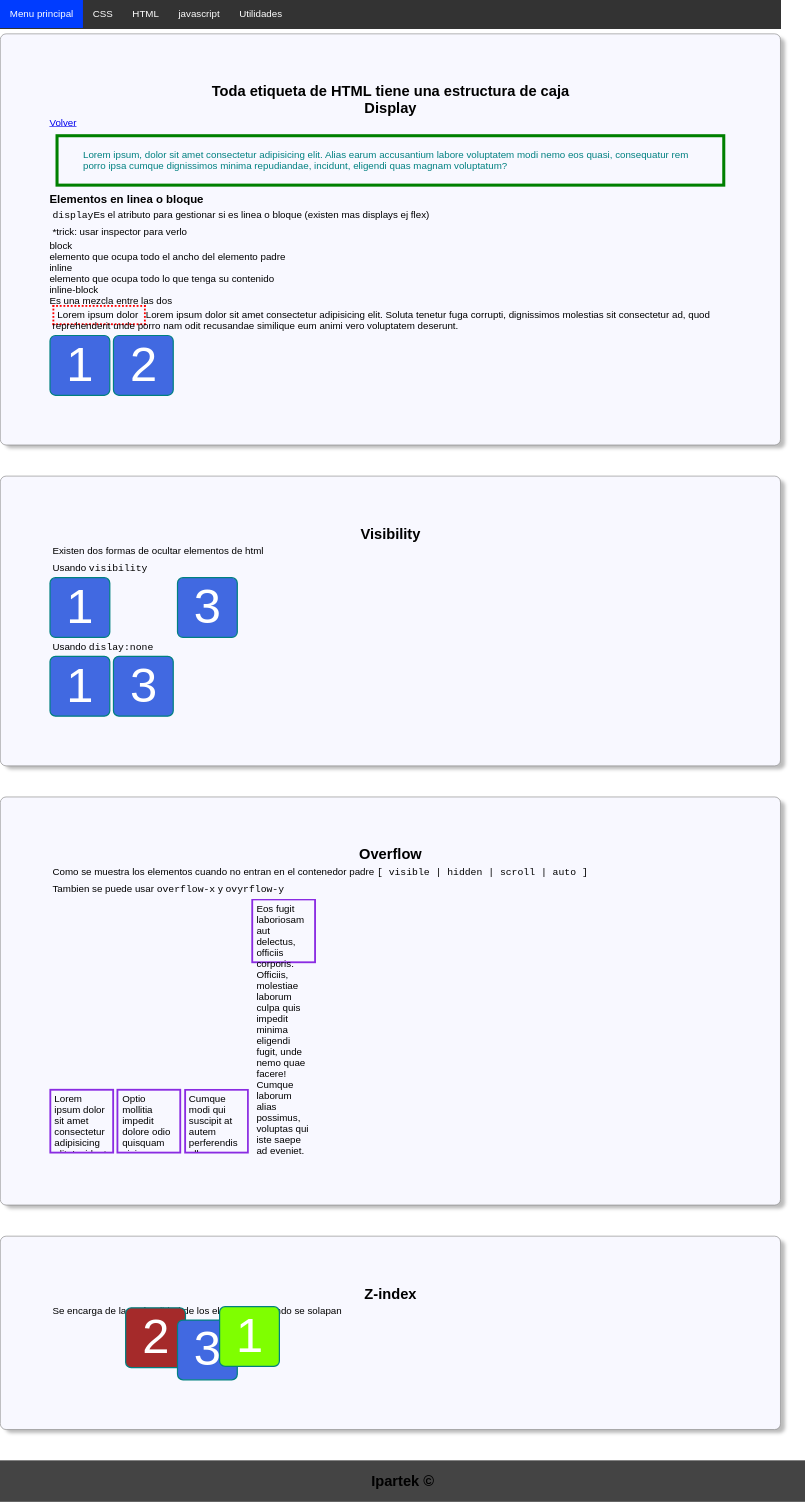
Repository: jcsanceledonio/java_2019_0396_2
Page: http://localhost/javaWebApp/ejemplos/html/box-model.jsp
An editor plug-in stored every save of this project. The page is shown before and after the next save, followed by the edit.
The browser window is 1280 px wide. The page is 1320 px wide, so the pictures cover 1320 px, including what lies to the right of the window. The pictures show the whole page, at 61% of full size.
Some web libraries are served in a nearby version. The page is served by Tomcat 9.

Above is the page before, as saved 2019-11-20 10:00:43.

After the next save:
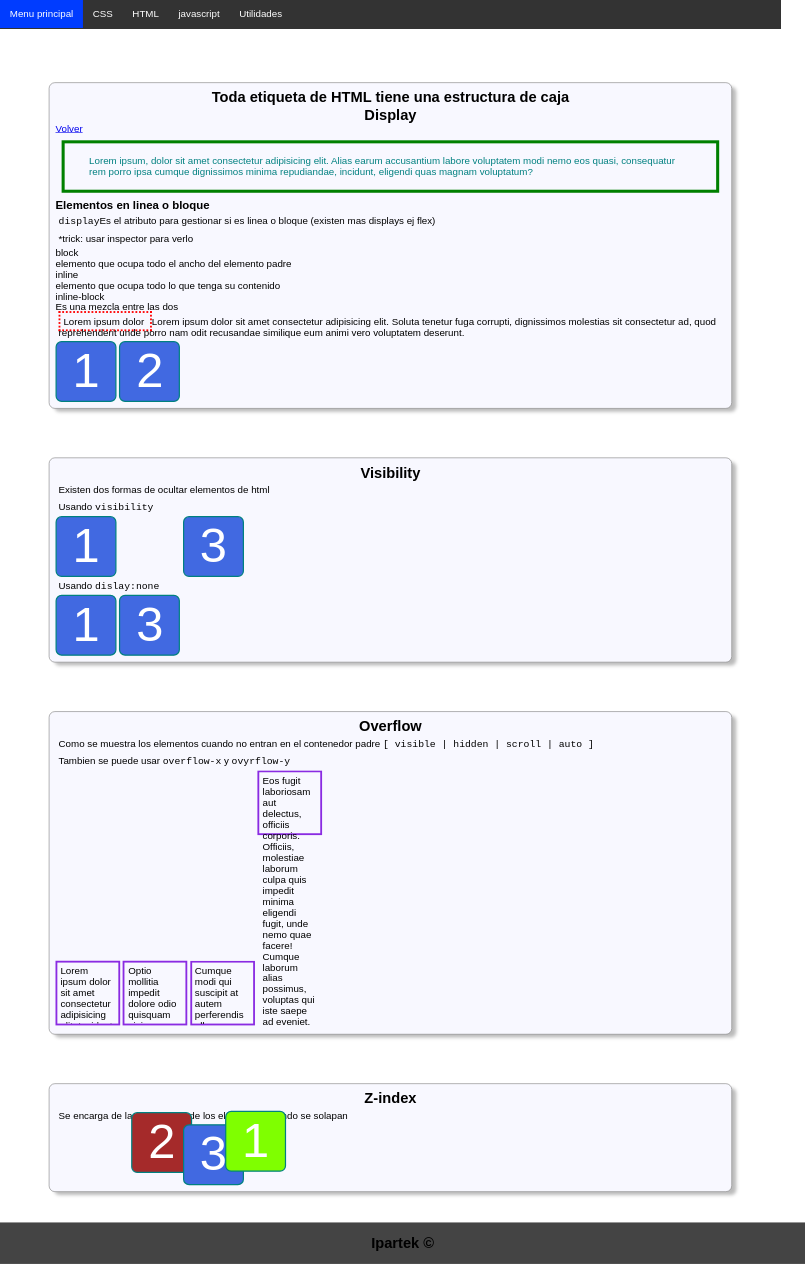
Saved 18 s later.
--- a/javaWebApp/src/main/webapp/ejemplos/html/box-model.jsp
+++ b/javaWebApp/src/main/webapp/ejemplos/html/box-model.jsp
@@ -50,9 +50,10 @@
         }
 
         section {
+        	margin: 80px;
             border: 1px solid rgb(131, 131, 131);
             background-color: ghostwhite;
-            padding: 80px;
+            padding: 10px;
             margin-bottom: 50px;
             border-radius: 10px;
 
